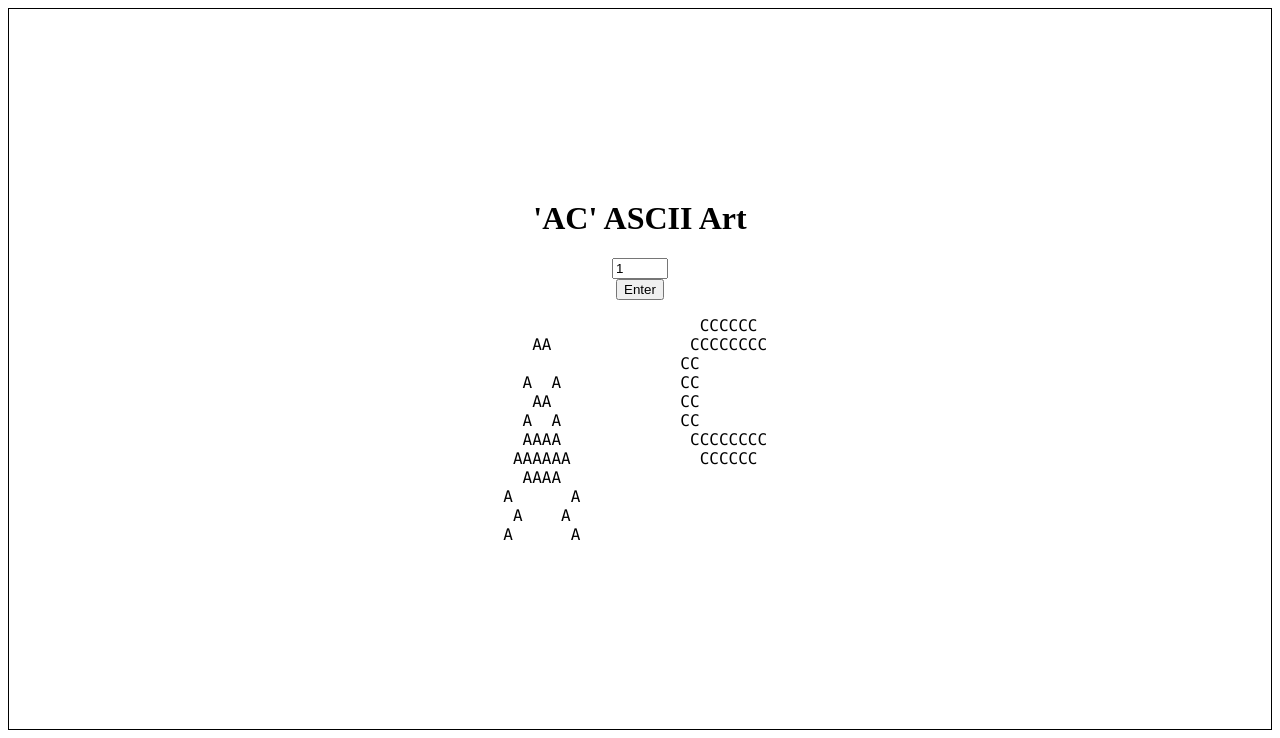
Repository: Achorn/ascii-art
Page: index.html
The author's editor kept a copy of each file at every save. The page is drawn from the files as they stood at one save, then again after the next save.
The browser window is 1280 px wide. The pictures show the whole page.

Above is the page before, as saved 2021-08-10 08:57:29.

### index.html
<!DOCTYPE html>
<html lang="en">
  <head>
    <link rel="stylesheet" href="styles.css" />
    <meta charset="UTF-8" />
    <meta http-equiv="X-UA-Compatible" content="IE=edge" />
    <meta name="viewport" content="width=device-width, initial-scale=1.0" />
    <title>Document</title>
  </head>
  <body>
    <h1>'AC' ASCII Art</h1>
    <input id="scale-input" type="number" min="1" value="1" max="10" />
    <button onclick="handlePress()">Enter</button>
    <div id="ascii-container">
      <div id="a-container">
        <p id="mono-a" style="font-family: 'Lucida Console', monospace"></p>
      </div>
      <div id="c-container">
        <p id="mono-c" style="font-family: 'Lucida Console', monospace"></p>
      </div>
    </div>
    <script type="text/javascript" src="myscripts.js"></script>
  </body>
</html>

### styles.css
body {
  border: 1px solid black;
  display: flex;
  flex-direction: column;
  justify-content: center;
  align-items: center;
  height: 100vh;
}

form {
  border: 2px solid grey;
  height: 500px;
  /* width: 400px; */
  text-align: center;
}

#ascii-container {
  display: flex;
}

#a-container {
  /* background-color: pink; */
}
#c-container {
  /* background-color: pink; */
}
#mono-a {
  /* font-size: 25.5vw; */
  padding: 0px 50px 0px 50px;
  white-space: pre;
}
#mono-c {
  padding: 0px 50px 0px 50px;
  white-space: pre;
}

### myscripts.js
let oneA = ["A"];
let oneC = ["C"];
let twoA = [
  [" ", "A", " "],
  ["A", " ", "A"],
];
let twoC = [["C"], ["C"]];

let threeA = [
  [" ", " ", "A", " ", " "],
  [" ", "A", "A", "A", " "],
  ["A", " ", " ", " ", "A"],
];
let threeC = [
  [" ", "C", "C", "C"],
  ["C", " ", " ", " "],
  [" ", "C", "C", "C"],
];

let fourA = [
  [" ", " ", " ", "A"],
  [" ", " ", "A", " "],
  [" ", "A", "A", "A"],
  ["A", " ", " ", " "],
];
let fourC = [
  [" ", "C", "C", "C", " "],
  ["C", " ", " ", " ", " "],
];

let eight = [
  [" ", " ", " ", " ", " ", " ", " ", "A"],
  [" ", " ", " ", " ", " ", " ", "A", "A"],
  [" ", " ", " ", " ", " ", "A", "A", " "],
  [" ", " ", " ", " ", "A", "A", "A", "A"],
  [" ", " ", " ", "A", "A", "A", "A", "A"],
  [" ", " ", "A", "A", " ", " ", " ", " "],
  [" ", "A", "A", " ", " ", " ", " ", " "],
  ["A", "A", " ", " ", " ", " ", " ", " "],
];
scaleTheArray = function (arrayToScale, nTimes) {
  for (var idx = 0, i = 0, len = arrayToScale.length * nTimes; i < len; i++) {
    var elem = arrayToScale[idx];

    /* Insert the element into (idx + 1) */
    arrayToScale.splice(idx + 1, 0, elem);

    /* Add idx for the next elements */
    if ((i + 1) % nTimes === 0) {
      idx += nTimes + 1;
    }
  }
};
function scaleSpread(array, factor) {
  const scaled = [];
  console.log(factor);
  for (const row of array) {
    let x = [];

    for (const item of row) x.push.apply(x, Array(factor).fill(item));
    console.log(x);
    scaled.push.apply(scaled, Array(factor).fill(x));
  }

  return scaled;
}

function arrToString(arr) {
  let string = "";
  for (let i = 0; i < arr.length; i++) {
    string += arr[i].join("") + "<br>";
  }
  return string;
}

function halfAToString(arr) {
  let string = "";
  for (let i = 0; i < arr.length; i++) {
    string += arr[i].join("");
    let rev = arr[i].slice();
    string += rev.reverse().join("");
    string += "<br>";
  }
  return string;
}

function halfCToString(arr) {
  let string = "";
  for (let i = 0; i < arr.length; i++) {
    string += arr[i].join("");
    string += "<br>";
  }
  for (let i = arr.length - 1; i >= 0; i--) {
    string += arr[i].join("");
    string += "<br>";
  }
  return string;
}
function trimA(arr, lWidth) {
  for (i = 0; i < arr.length; i++) {
    let disp = lWidth - (i % lWidth) - 1;
    let newArr = arr[i].slice();
    for (let j = 0; j < disp; j++) {
      newArr.pop();
      newArr.unshift(" ");
    }
    arr[i] = newArr;
  }
}

function trimC(arr, lWidth) {
  for (i = 0; i < lWidth; i++) {
    //add 2*i to center
    let newArr = arr[i].slice();
    for (let j = 0; j < i * 2; j++) {
      newArr.splice(newArr.length / 2, 0, "C");
    }

    //remove i from sides
    for (let j = 0; j < i; j++) {
      newArr.pop();
      newArr.shift();
    }
    arr[i] = newArr;
  }
}

//GET ELEMENTS
let monoA = document.getElementById("mono-a");
let monoC = document.getElementById("mono-c");
let scaleInput = document.getElementById("scale-input");
//SCALE AND RESIZE
//A
let scale = 2;

let scaledFour = [...fourA];
scaleTheArray(scaledFour, scale);
trimA(scaledFour, scale);

//C
let scaledC = scaleSpread([...fourC], scale);
trimC(scaledC, scale);
//ADD TO HTML

monoA.innerHTML = halfAToString(scaledFour);
monoC.innerHTML = halfCToString(scaledC);

function scaleLetters(scale) {
  console.log(scale);
  monoA.style.fontSize = `${60 / scale}px`;
  monoC.style.fontSize = `${60 / scale}px`;
  console.log("\tscaling");
  console.log(fourA);
  let newScaleA = scaleSpread(fourA, scale);

  trimA(newScaleA, scale);
  monoA.innerHTML = halfAToString(newScaleA);

  let scaledC = scaleSpread(fourC.slice(), scale);
  trimC(scaledC, scale);
  monoC.innerHTML = halfCToString(scaledC);
}

function handlePress() {
  scale = scaleInput.value;
  scaleLetters(scale);
}

After the next save:
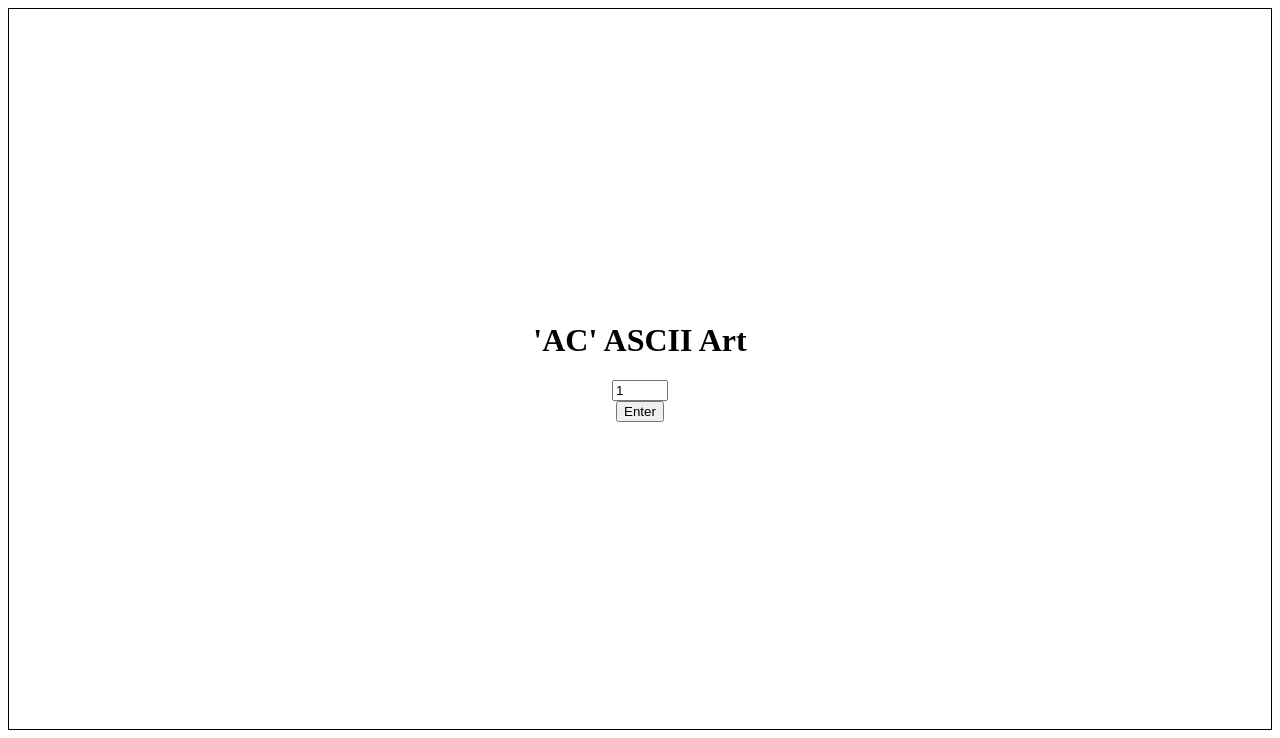
Saved 6 min 8 s later.
--- a/myscripts.js
+++ b/myscripts.js
@@ -131,19 +131,19 @@ let monoC = document.getElementById("mono-c");
 let scaleInput = document.getElementById("scale-input");
 //SCALE AND RESIZE
 //A
-let scale = 2;
+// let scale = 2;
 
-let scaledFour = [...fourA];
-scaleTheArray(scaledFour, scale);
-trimA(scaledFour, scale);
+// let scaledFour = [...fourA];
+// scaleTheArray(scaledFour, scale);
+// trimA(scaledFour, scale);
 
 //C
-let scaledC = scaleSpread([...fourC], scale);
-trimC(scaledC, scale);
+// let scaledC = scaleSpread([...fourC], scale);
+// trimC(scaledC, scale);
 //ADD TO HTML
 
-monoA.innerHTML = halfAToString(scaledFour);
-monoC.innerHTML = halfCToString(scaledC);
+// monoA.innerHTML = halfAToString(scaledFour);
+// monoC.innerHTML = halfCToString(scaledC);
 
 function scaleLetters(scale) {
   console.log(scale);
